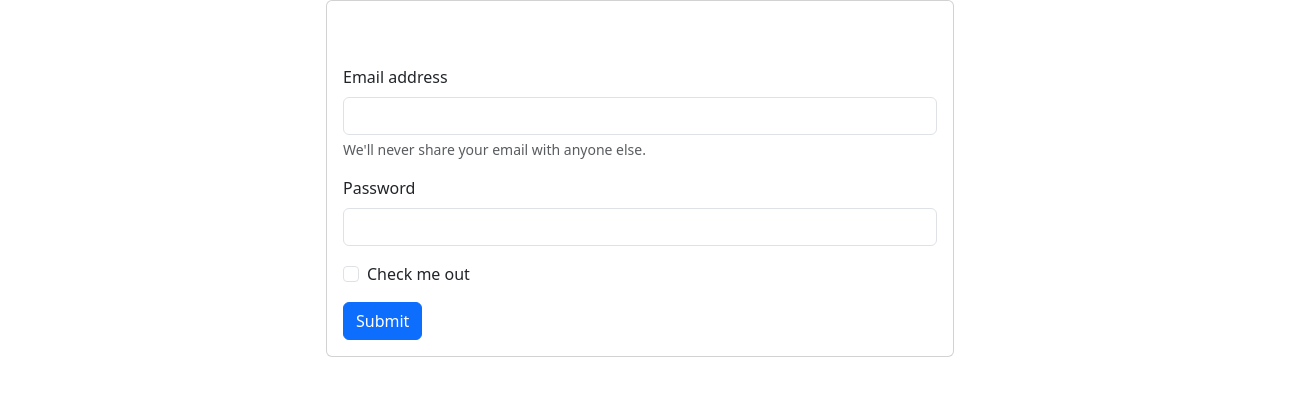
Repository: rahulgaba1987/MiniProject2
Page: http://localhost/login
An editor plug-in stored every save of this project. The page is shown before and after the next save, followed by the edit.
The browser window is 1280 px wide. The page is 1292 px wide, so the pictures cover 1292 px, including what lies to the right of the window. The pictures show the whole page.
The page is this project's Thymeleaf template; nobody is signed in. The template is opened directly, without the code that normally fills it, so the values that code supplies are empty.

Above is the page before, as saved 2023-04-19 07:00:09.

After the next save:
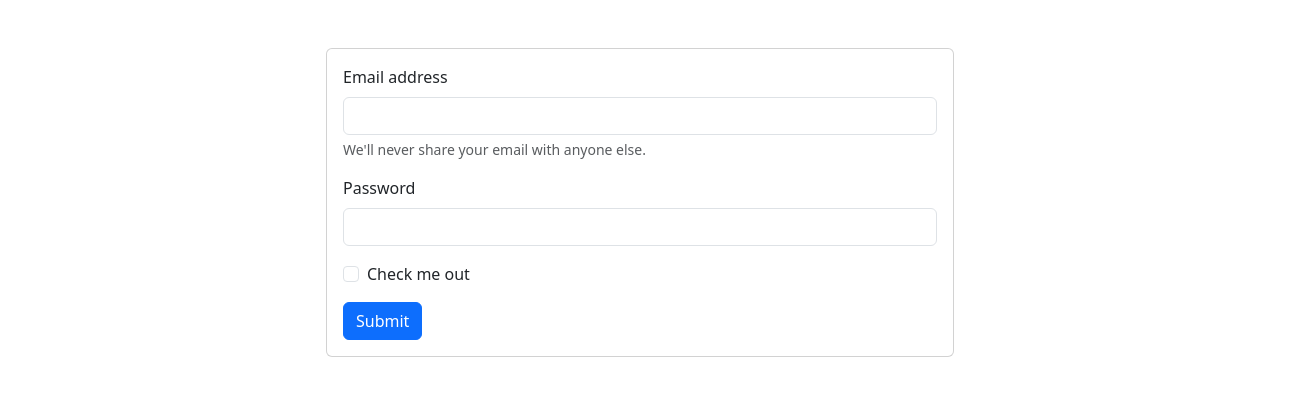
Saved 21 s later.
--- a/02_MiniProject/src/main/resources/templates/login.html
+++ b/02_MiniProject/src/main/resources/templates/login.html
@@ -14,11 +14,11 @@
 
     <div class="row">
          <div class="col-md-6 offset-3">
-             <div class="card">
+             <div class="card mt-5">
 		<div class="card-body">
 
 
-			<form class="mt-5">
+			<form >
 				<div class="mb-3">
 					<label for="exampleInputEmail1" class="form-label">Email address</label>
 					<input type="email" class="form-control" id="exampleInputEmail1" aria-describedby="emailHelp">
